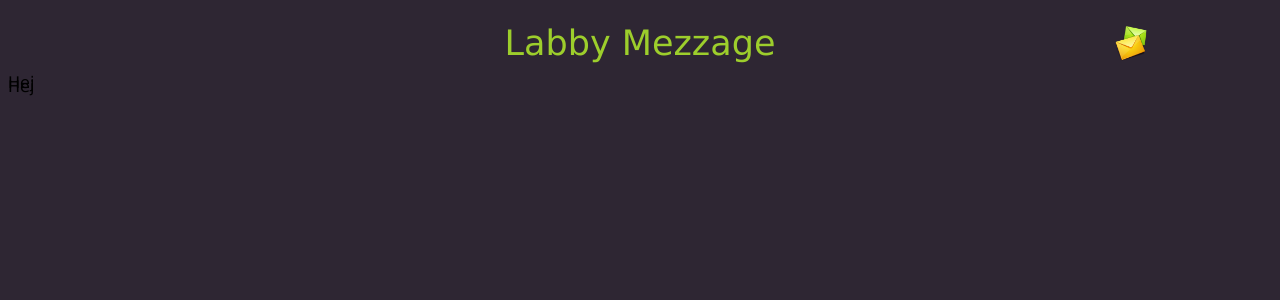
Repository: ad222kr/1dv403-laborationer
Page: 2-labbymezzage/index.html
The author's editor kept a record of every edit. The page is drawn from the files as they stood at one moment, then again after the next edit.
The browser window is 1280 px wide. The pictures show the whole page.

Above is the page before.

### 2-labbymezzage/index.html
<!DOCTYPE HTML>
<html lang="sv">
    <head>
        <meta charset="UTF-8" />
        <title>Laboration 2 - Labby Mezzage!</title>
        <link rel="stylesheet" href="css/style.css" />
        <script src="js/Message.js"></script>
        <script src="js/MessageBoard.js"></script>
        <script  src="js/run.js"></script>
    </head>

    <body>
        <div id ="container">
            <header><h1>Labby Mezzage</h1></header>
            <div id="content">
                  <div id="board1" class="messages"></div>
                  <div id="board2" class="messages"></div>
            </div>
        </div>

    </body>
</html>

### 2-labbymezzage/css/style.css
body{
    background-color: #2E2633; /* Ändra sen */
    font-family: Verdana, Helvetica;

}

h1{

    color:#9dce2c;
    font-size: 35px;
    font-weight: normal;
}
p{
    color: black;
}

header{
    background-image: url("pics/logo.png");
    background-size: 35px 35px;
    background-repeat: no-repeat;
    background-position: 90%;
    text-align: center;
    height: 40px;
    line-height: 40px;
    margin-bottom:10px;
}

.container{
    width: 480px;
    margin: 0px auto;
}

.content{
    background: #EFFFCD;
    border-color: #000000;
    padding: 10px;
    border-radius: 5px;
    -webkit-border-radius: 5px;
    -moz-border-radius: 5px;


}

#content textarea{
    width: 455px;
    height: 100px;
    -webkit-border-radius: 5px;
    -moz-border-radius: 5px;
    border-radius: 5px;
    margin-top:20px;
}

#button{
    border: 0px;
	background-color:#9dce2c;
	-webkit-border-top-left-radius:42px;
	-moz-border-radius-topleft:42px;
	border-top-left-radius:42px;
	-webkit-border-top-right-radius:42px;
	-moz-border-radius-topright:42px;
	border-top-right-radius:42px;
	-webkit-border-bottom-right-radius:42px;
	-moz-border-radius-bottomright:42px;
	border-bottom-right-radius:42px;
	-webkit-border-bottom-left-radius:42px;
	-moz-border-radius-bottomleft:42px;
	border-bottom-left-radius:42px;
	display:inline-block;
	color:#ffffff;
	font-size:22px;
	font-weight:normal;
	font-style:normal;
	height:35px;
	line-height:35px;
	width:100px;
	text-decoration:none;
	text-align:center;
	margin-left: 360px;
	margin-top: 5px;
}

#button:hover{
    background:-webkit-gradient( linear, left top, left bottom, color-stop(0.05, #8cb82b), color-stop(1, #9dce2c) );
	background:-moz-linear-gradient( center top, #8cb82b 5%, #9dce2c 100% );
	background-color:#8cb82b;
}

#button:active{
    position: relative;
    top: 1px;
}

#numberofmess{
    color: black;
    font-size: 11px;
    float: right;
    margin-bottom: -25px;
}

.messages{
    margin-bottom: -15px;
}

.message{

    margin-bottom: 5px;
    font-size: 12px;
    border: solid 1px;
    background: #cdeb8b;
    padding: 4px;
}

.delete{
    height: 20px;
    width: 20px;
}
.time{
    height: 20px;
    width: 20px;
}

.buttons{
    float: right;
    margin-left: 200px;
    margin: 0 0 1em 1em;

}

.msgtext{
    width: 400px;
    text-align: justify;
    margin-top:-1px;
    word-wrap: break-word;
    display: block;

}

.timestamp{
    margin-left:405px;
    margin-bottom:-2px;
    font-size:10px;
}

### 2-labbymezzage/js/Message.js
"use strict";
function Message(message, date){


    this.getText = function(){
        return message;
    };
    this.setText = function(_text){
        message = _text;
    };
    this.getDate = function(){
        return date;
    };
    this.setDate = function(_date){
        date = _date;
    };
}

Message.prototype.getDateText = function(){
    // Hittade på http://stackoverflow.com/a/3067896
    var date = this.getDate();
    var hour = date.getHours().toString();
    var minute = date.getMinutes().toString();
    var seconds = date.getSeconds().toString();

    var dateText = hour + ":" + minute +":" + (seconds.length == 2 ? seconds : "0" + seconds);

    return dateText;

};
Message.prototype.toString = function(){

    var monthNames = [ "Januari", "Februari", "Mars", "April", "Maj", "Juni",
    "Juli", "Augusti", "September", "Oktober", "November", "December" ];

    var date = this.getDate();
    console.log(date);
    var year = date.getFullYear().toString();
    var month = monthNames[date.getMonth()];
    var day = date.getDate().toString();
    var hour = date.getHours().toString();
    var minute = date.getMinutes().toString();
    var seconds = date.getSeconds().toString();

    var dateTest = "Inlägget skapades den " +day+" "+month+ " "+year+" klockan "+hour+":"+minute+":"+seconds;
    return dateTest;
};
Message.prototype.getHTMLtext = function(){
    var htmlText = this.getText();
    return htmlText.replace(/[\n\r]/g, "<br />");
};

### 2-labbymezzage/js/MessageBoard.js
"use strict";
function MessageBoard(boardID){

    var messages =  [];

    this.init = function(){
        var boardDiv = document.getElementById(boardID);
        boardDiv.innerHTML = "Hej";

    };

}

### 2-labbymezzage/js/run.js
"use strict";
window.onload = function(){
    var board1 = new MessageBoard("board1");
    var board2 =new MessageBoard("board2");

    board1.init();
    board2.init();

};

After the next edit:
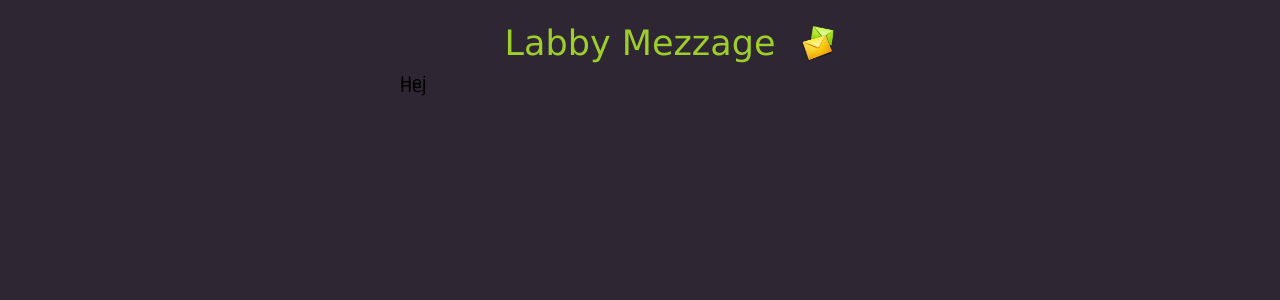
The edit:
--- a/2-labbymezzage/css/style.css
+++ b/2-labbymezzage/css/style.css
@@ -25,7 +25,7 @@
     margin-bottom:10px;
 }
 
-.container{
+#container{
     width: 480px;
     margin: 0px auto;
 }
